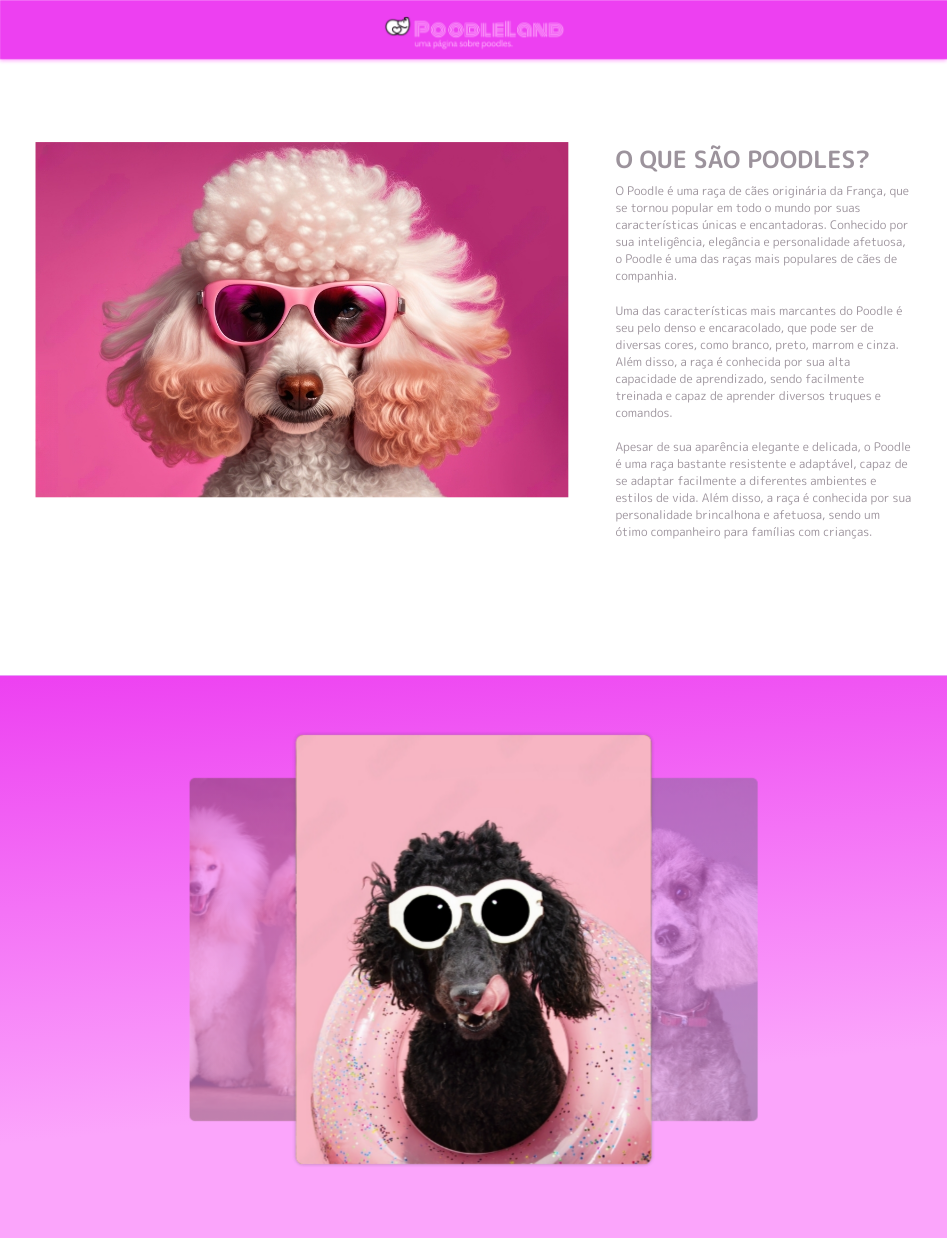
Repository: vinibalt/PoodleLand
Page: poddlelandia.html
An editor plug-in stored every save of this project. The page is shown before and after the next save, followed by the edit.
The browser window is 1280 px wide. The pictures show the whole page, at 74% of full size.
The first `#item-1` is checked.

Above is the page before, as saved 2023-05-12 21:47:03.

### poddlelandia.html
<!DOCTYPE html>
<html lang="en">

<head>
    <meta charset="UTF-8">
    <meta http-equiv="X-UA-Compatible" content="IE=edge">
    <meta name="viewport" content="width=device-width, initial-scale=1.0">
    <link rel="stylesheet" href="./assets/css/styles.css">
    <title> PoodleLand </title>
</head>

<body>
    <header class="header">
        <div class="content">
            <img src="./assets/img/logo-poodleland.png" alt="" height="60px">
        </div>
    </header>

    <section class="section-one row">
        <div class="img-one">
            <img src="./assets/img/poddle-lindo.jpeg" alt="" height="480px">
        </div>

        <div class="text-one">
            <h1>O QUE SÃO POODLES?</h1>
            <p>
                O Poodle é uma raça de cães originária da França, que se tornou popular em todo o mundo por suas
                características únicas e encantadoras. Conhecido por sua inteligência, elegância e personalidade
                afetuosa, o Poodle é uma das raças mais populares de cães de companhia. <br><br>
                Uma das características mais marcantes do Poodle é seu pelo denso e encaracolado, que pode ser de
                diversas cores, como branco, preto, marrom e cinza. Além disso, a raça é conhecida por sua alta
                capacidade de aprendizado, sendo facilmente treinada e capaz de aprender diversos truques e comandos.
                <br><br>
                Apesar de sua aparência elegante e delicada, o Poodle é uma raça bastante resistente e adaptável, capaz
                de se adaptar facilmente a diferentes ambientes e estilos de vida. Além disso, a raça é conhecida por
                sua personalidade brincalhona e afetuosa, sendo um ótimo companheiro para famílias com crianças.
                <br><br>

            </p>
        </div>
    </section>

    <section class="section-carousel">

        <div class="container">
            <input type="radio" name="slider" id="item-1" checked>
            <input type="radio" name="slider" id="item-2">
            <input type="radio" name="slider" id="item-3">
            <input type="radio" name="slider" id="item-4">
            <input type="radio" name="slider" id="item-5">
          <div class="cards">
            <label class="card" for="item-1" id="song-1">
              <img class="img-carousel" src="./assets/img/poodle-praiano.jpeg" alt="song">
            </label>
            <label class="card" for="item-2" id="song-2">
              <img class="img-carousel" src="./assets/img/poodle-cinza-transformed.jpeg" alt="song">
            </label>
            <label class="card" for="item-3" id="song-3">
              <img class="img-carousel" src="./assets/img/poodle-varias-cores-transformed.jpeg" alt="song">
            </label>
            <label class="card" for="item-4" id="song-4">
                <img class="img-carousel" src="./assets/img/poodle-fofo.jpg" alt="song">
            </label>
            <label class="card" for="item-5" id="song-5">
                <img class="img-carousel" src="./assets/img/poodle-bnw.jpeg" alt="song">
            </label>
          </div>
        </div>

    </section>

    <section class="section-two">

    </section>

    <footer>

    </footer>
</body>

</html>

### assets/css/styles.css
@import url('https://fonts.googleapis.com/css2?family=Heebo:wght@300;400;500;600;700;800;900&display=swap');
@import url('https://fonts.googleapis.com/css2?family=M+PLUS+Rounded+1c:wght@100;300;400;500;700;800;900&display=swap');
/* font-family: 'Heebo', sans-serif; */

* {
    padding: 0;
    margin: 0;

    font-family: 'M PLUS Rounded 1c', sans-serif;
}

body {
    scroll-behavior: smooth;
}

.header {
    height: 80px;
    position: sticky;
    top: 0;
    background-color: #ed40f1;
    box-shadow: 0px 3px 5px 0px rgba(255,171,252,1);

    justify-content: center;
    align-items: center;
    text-align: center;

    z-index: 2;
}

.content img {
    padding-top: 1rem;
    border-radius: .5rem;

    border-radius: 8px;
}

.section-one {
    height: auto;
    padding-top: 4rem;

    padding: 4rem 1rem 8rem 1rem;
    color: #9c939c;
}

.img-one, .text-one{
    padding: 3rem 2rem 2rem;
}

.text-one {

}

.text-one > h1 {
 font-size: 32px;
 font-weight: 700;

 padding-bottom: .5rem;
}

.text-one > p {
    font-size: 16px;
    font-weight: 400;
}

.section-carousel {
    height: 700px;
    /* background-color: #fba5fb; */
    background: rgb(237,64,241);
    background: linear-gradient(174deg, rgba(237,64,241,1) 0%, rgba(251,165,251,1) 71%);
}








.row {
    display: flex;
    flex-direction: row;
}

.column {
    display: flex;
    flex-direction: column;
}







@import url("https://fonts.googleapis.com/css?family=DM+Sans:400,500,700&display=swap");



.section-carousel {
  display: flex;
  align-items: center;
  justify-content: center;
  padding: 30px 10px;
  font-family: 'DM Sans', sans-serif;
  transition: background .4s ease-in;
  background-color: #c394f8;

  &.blue {
    background-color: #428aa6;
  }
}

input[type=radio] {
  display: none;
}

.card {
  position: absolute;
  width: 60%;
  height: 100%;
  left: 0;
  right: 0;
  margin: auto;
  transition: transform .4s ease;
  cursor: pointer;
}

.container {
  width: 100%;
  max-width: 800px;
  max-height: 600px;
  height: 100%;
  transform-style: preserve-3d;
  display: flex;
  justify-content: center;
  flex-direction: column;
  align-items: center;
}

.cards {
  position: relative;
  width: 100%;
  height: 100%;
  margin-bottom: 20px;

  z-index: 1;
}

.img-carousel {
  width: 100%;
  height: 100%;
  border-radius: 10px;
  object-fit: cover;
}

#item-1:checked ~ .cards #song-3, #item-2:checked ~ .cards #song-1, #item-3:checked ~ .cards #song-2, #item-4:checked  {
  transform: translatex(-40%) scale(.8);
  opacity: .4;
  z-index: 0;
}

#item-1:checked ~ .cards #song-2, #item-2:checked ~ .cards #song-3, #item-3:checked ~ .cards #song-1 {
  transform: translatex(40%) scale(.8);
  opacity: .4;
  z-index: 0;
}

#item-1:checked ~ .cards #song-1, #item-2:checked ~ .cards #song-2, #item-3:checked ~ .cards #song-3 {
  transform: translatex(0) scale(1);
  opacity: 1;
  z-index: 1;

  img {
    box-shadow: 0px 0px 5px 0px rgba(81, 81, 81, 0.47);
  }
}

.player {
  background-color: #fff;
  border-radius: 8px;
  min-width: 320px;
  padding: 16px 10px;
}

.upper-part {
  position: relative;
  display: flex;
  align-items: center;
  margin-bottom: 12px;
  height: 36px;
  overflow: hidden;
}

.play-icon{ margin-right: 10px; }

.song-info {
  width: calc(100% - 32px);
  display: block;
}

.song-info .title {
  color: #403d40;
  font-size: 14px;
  line-height: 24px;
}

.sub-line {
  display: flex;
  justify-content: space-between;
  width: 100%;
}

.subtitle, .time {
  font-size: 12px;
  line-height: 16px;
  color: #c6c5c6;
}

.time {
  font-size: 12px;
  line-height: 16px;
  color: #a5a5a5;
  font-weight: 500;
  margin-left: auto;
}

.progress-bar {
  height: 3px;
  width: 100%;
  background-color: #e9efff;
  border-radius: 2px;
  overflow: hidden;
}

.progress {
  display: block;
  position: relative;
  width: 60%;
  height: 100%;
  background-color: #2992dc;
  border-radius: 6px;
}

.info-area {
  width: 100%;
  position: absolute;
  top: 0;
  left: 30px;
  transition: transform .4s ease-in;
}

#item-2:checked ~ .player #test {
  transform: translateY(0);
}

#item-2:checked ~ .player #test  {
  transform: translateY(-40px);
}

#item-3:checked ~ .player #test  {
  transform: translateY(-80px);
}

After the next save:
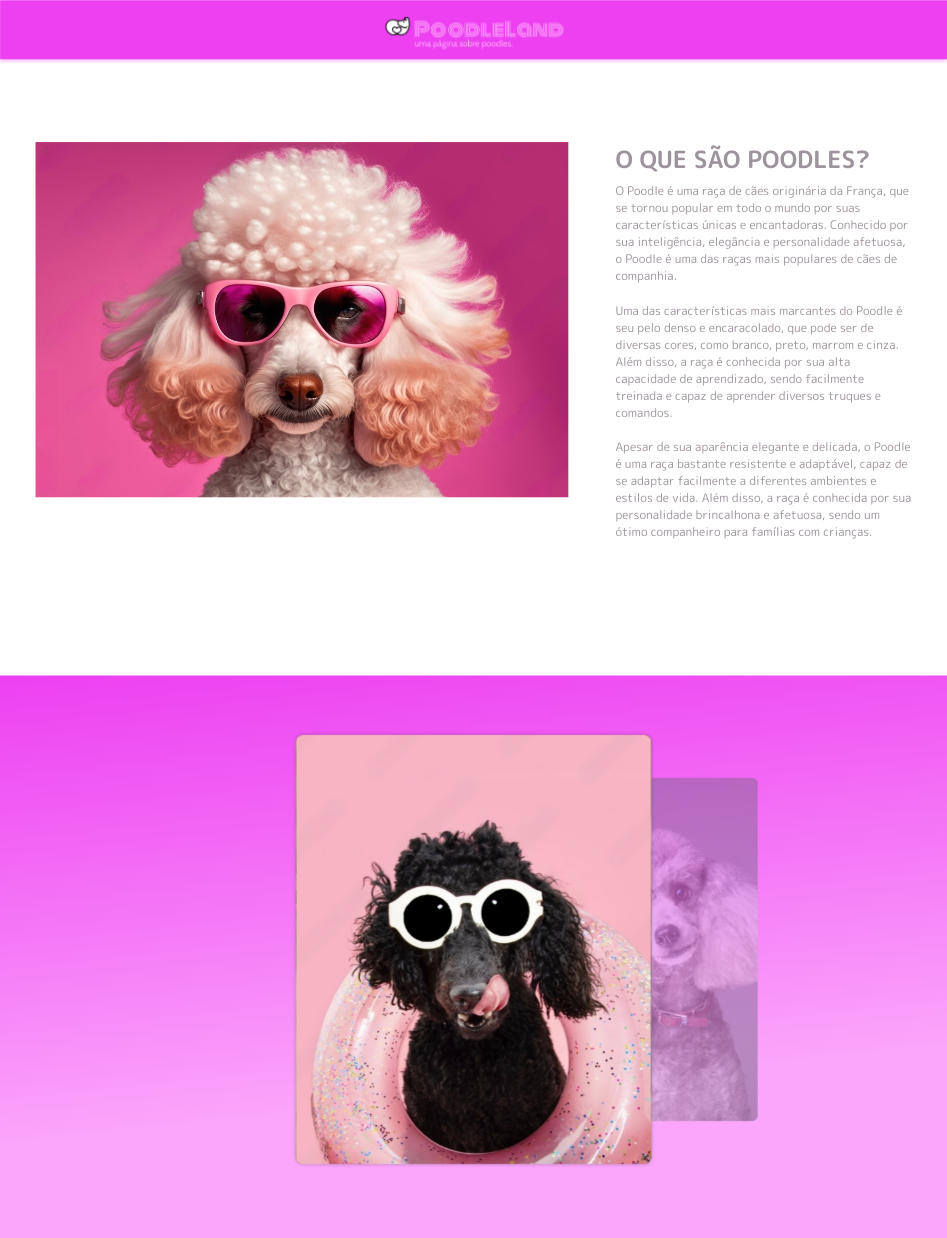
Saved 41 s later.
--- a/assets/css/styles.css
+++ b/assets/css/styles.css
@@ -153,7 +153,7 @@
   object-fit: cover;
 }
 
-#item-1:checked ~ .cards #song-3, #item-2:checked ~ .cards #song-1, #item-3:checked ~ .cards #song-2, #item-4:checked  {
+#item-1:checked ~ .cards #song-3, #item-2:checked ~ .cards #song-1, #item-3:checked ~ .cards #song-2, #item-4:checked ` {
   transform: translatex(-40%) scale(.8);
   opacity: .4;
   z-index: 0;

After the save that followed:
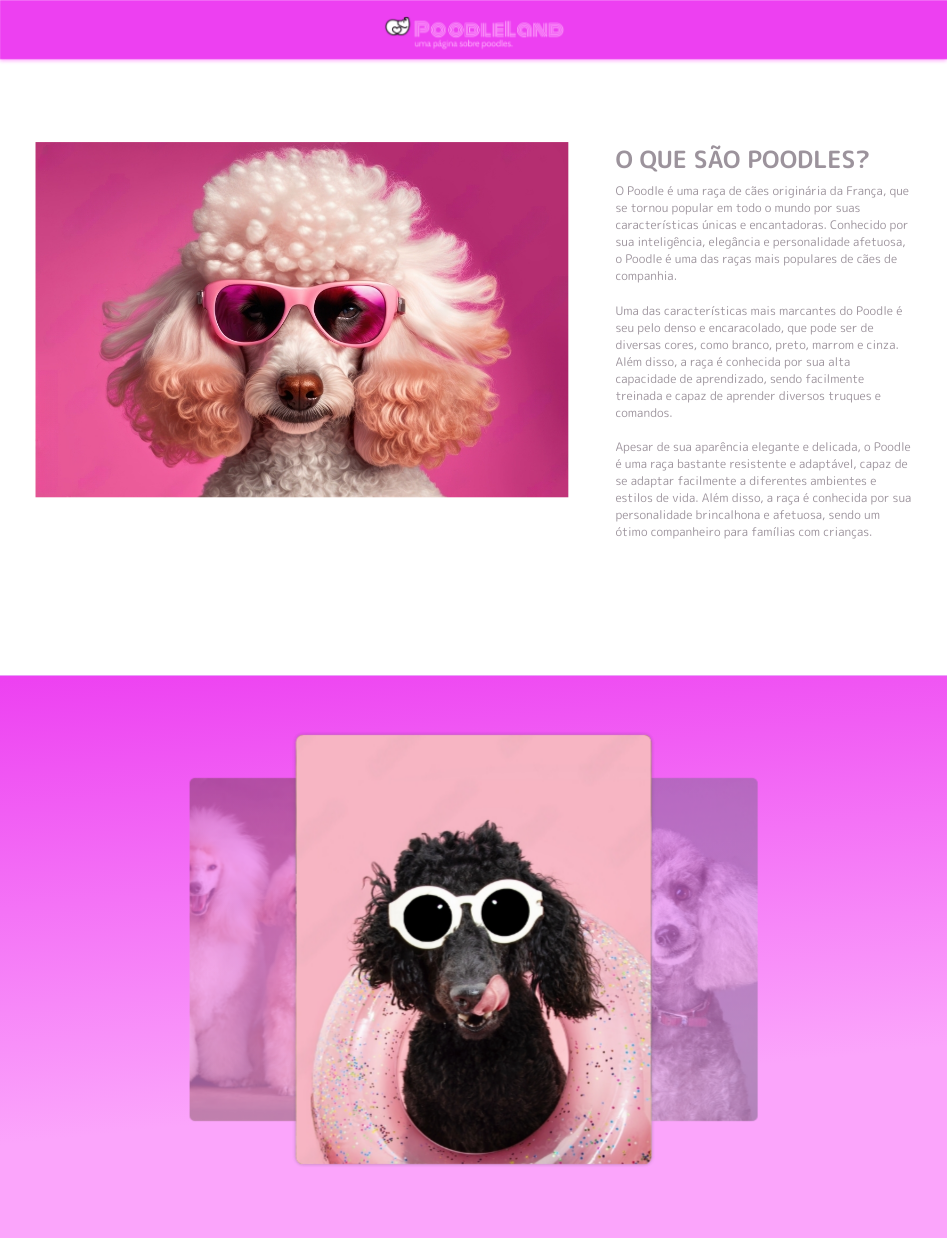
Saved 4 s later.
--- a/assets/css/styles.css
+++ b/assets/css/styles.css
@@ -153,7 +153,7 @@
   object-fit: cover;
 }
 
-#item-1:checked ~ .cards #song-3, #item-2:checked ~ .cards #song-1, #item-3:checked ~ .cards #song-2, #item-4:checked ` {
+#item-1:checked ~ .cards #song-3, #item-2:checked ~ .cards #song-1, #item-3:checked ~ .cards #song-2, #item-4:checked  {
   transform: translatex(-40%) scale(.8);
   opacity: .4;
   z-index: 0;
